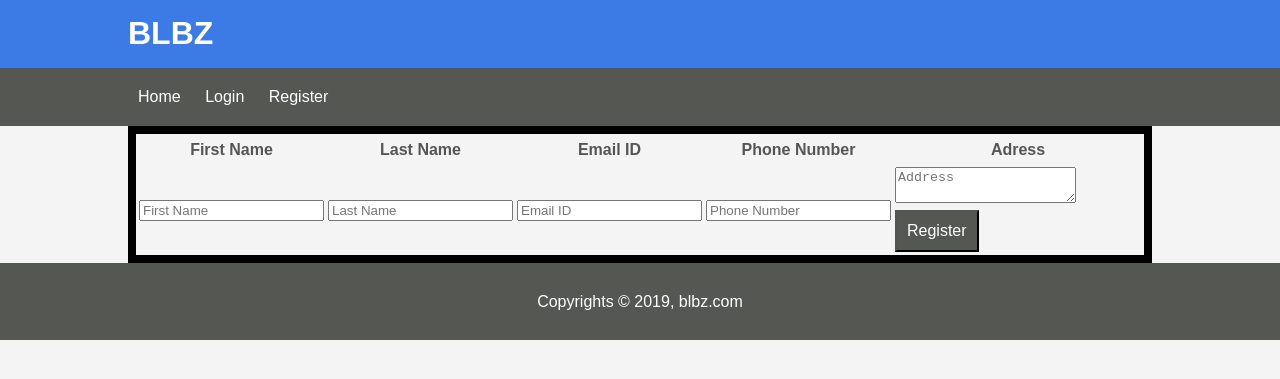
Repository: Kutty39/WebApps
Page: http://localhost/WebPageApp1/editpage.jsp
An editor plug-in stored every save of this project. The page is shown before and after the next save, followed by the edit.
The browser window is 1280 px wide. The pictures show the whole page.
The page is served by Tomcat 9.

Above is the page before, as saved 2019-12-09 13:20:58.

After the next save:
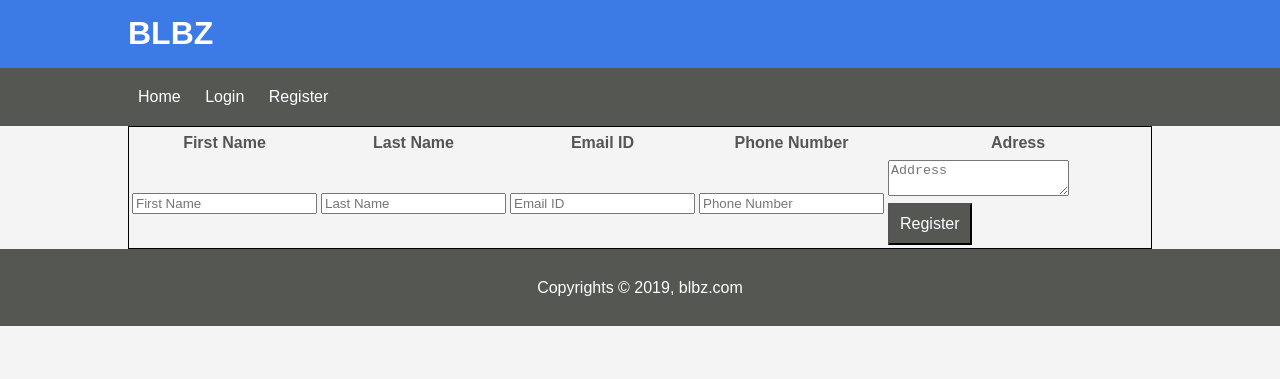
Saved 9 s later.
--- a/LoginRegistrationPage/WebPageApp1/src/main/webapp/editpage.jsp
+++ b/LoginRegistrationPage/WebPageApp1/src/main/webapp/editpage.jsp
@@ -29,7 +29,7 @@
 	</nav>
 	<section class="main">
 		<div id="ajx" class="container">
-			<table style="border-style:solid;border-color: black;border-width: 0.5em;box-sizing: border-box;table-layout: auto;">
+			<table style="border-style:solid;border-color: black;border-width:0.1em;box-sizing: border-box;table-layout: auto;">
 				<tr>
 					<th>First Name</th>
 					<th>Last Name</th>
